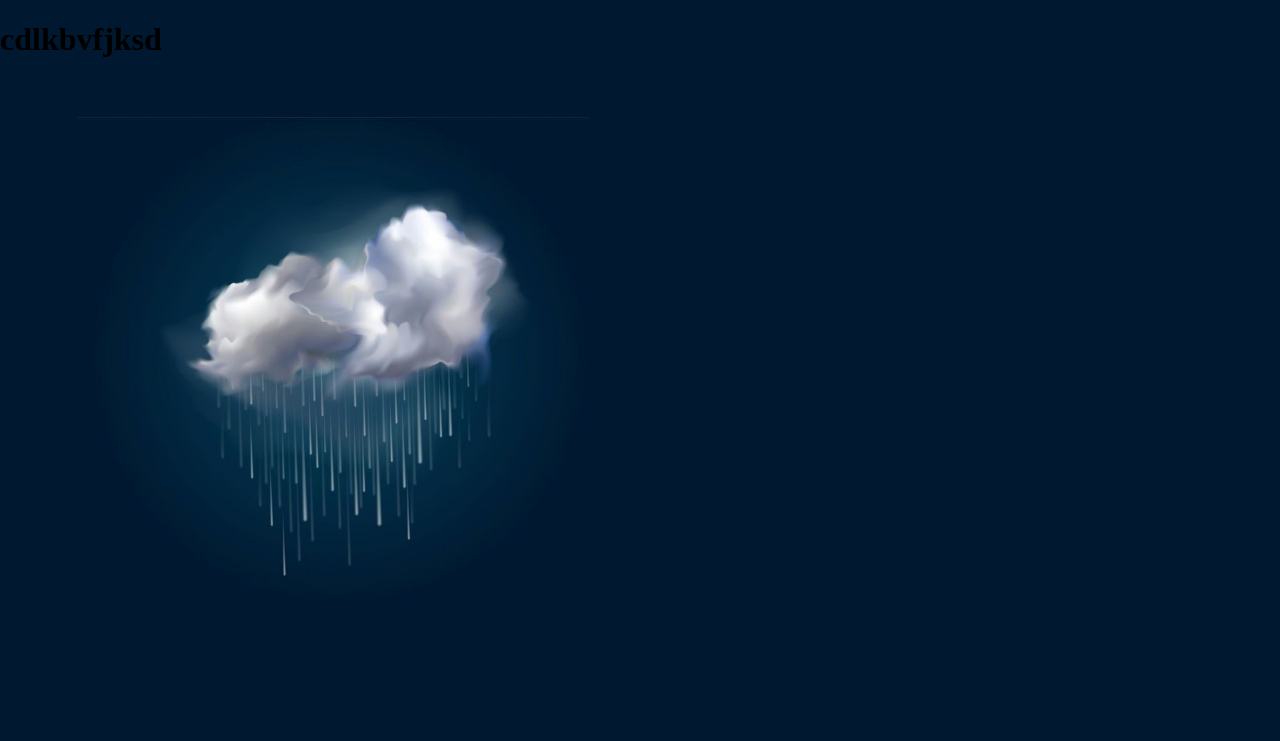
Repository: fateme81yosefi/weather
Page: landing/Landing.html
The author's editor kept a copy of each file at every save. The page is drawn from the files as they stood at one save, then again after the next save.
The browser window is 1280 px wide. The pictures show the whole page.

Above is the page before, as saved 2025-02-02 16:40:53.

### landing/Landing.html
<!doctype html>
<html lang="en">
	<head>
		<meta charset="utf-8">
		<meta name="viewport" content="width=device-width,initial-scale=1">
        <link rel="stylesheet" href="./style/landing.css">

		<title>هواشناسی</title>
	</head>
	<body>
        <div class="container-landing">
            <h1>cdlkbvfjksd</h1>
        </div>


		<script src="./js/landing.js"></script>
	</body>

</html>

### landing/style/landing.css
body {
  margin: 0 !important;
  padding: 0;
  overflow: hidden;
  background-color: #001830 ;
}
.container-landing {
  background-image:url("../images/bg.jpg");
  background-position: center;
  background-size: 100%;
  background-repeat: no-repeat;
  height: 100vh;
  margin: 0;
  padding: 0;
}

@media screen and (min-width: 1200px) {
    .container-landing {
        background-position: left;
        background-size: 40%;
        background-position: 10%;
    }
  }

Loaded but not shown: landing/js/landing.js (no stored copy; drawn as an empty file)

After the next save:
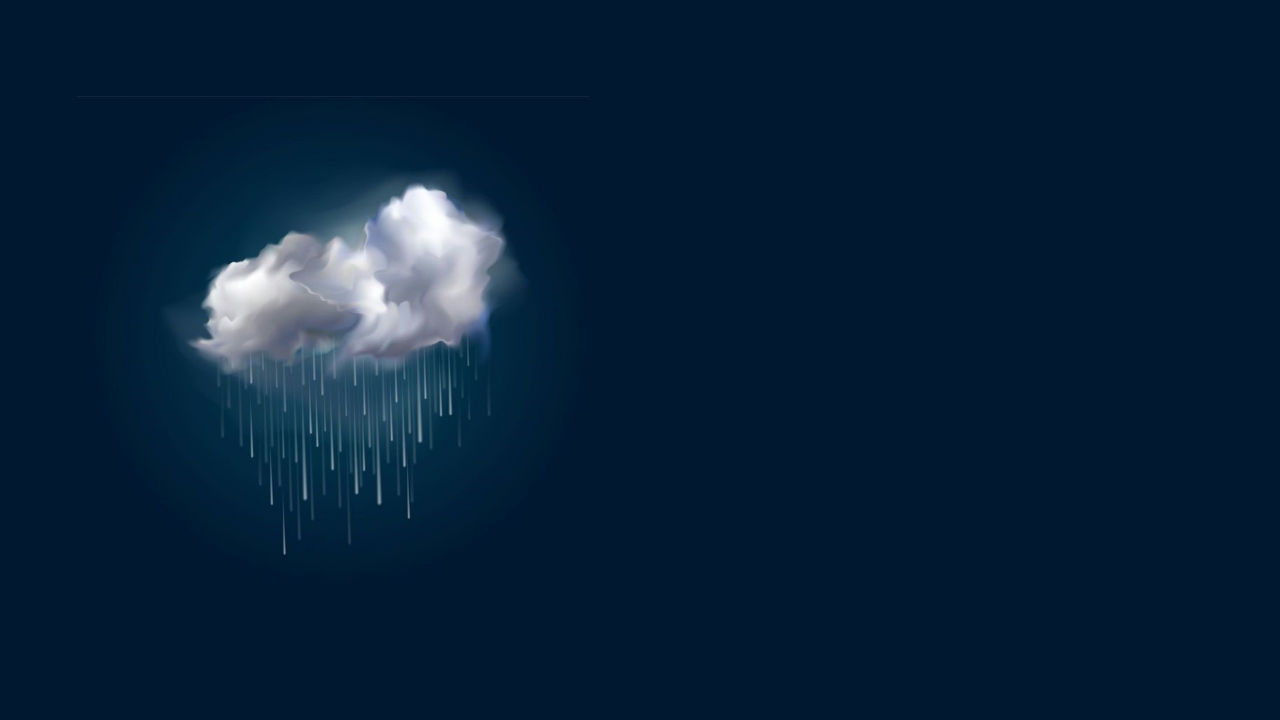
Saved 11 s later.
--- a/landing/Landing.html
+++ b/landing/Landing.html
@@ -9,7 +9,7 @@
 	</head>
 	<body>
         <div class="container-landing">
-            <h1>cdlkbvfjksd</h1>
+            <b
         </div>
 
 
